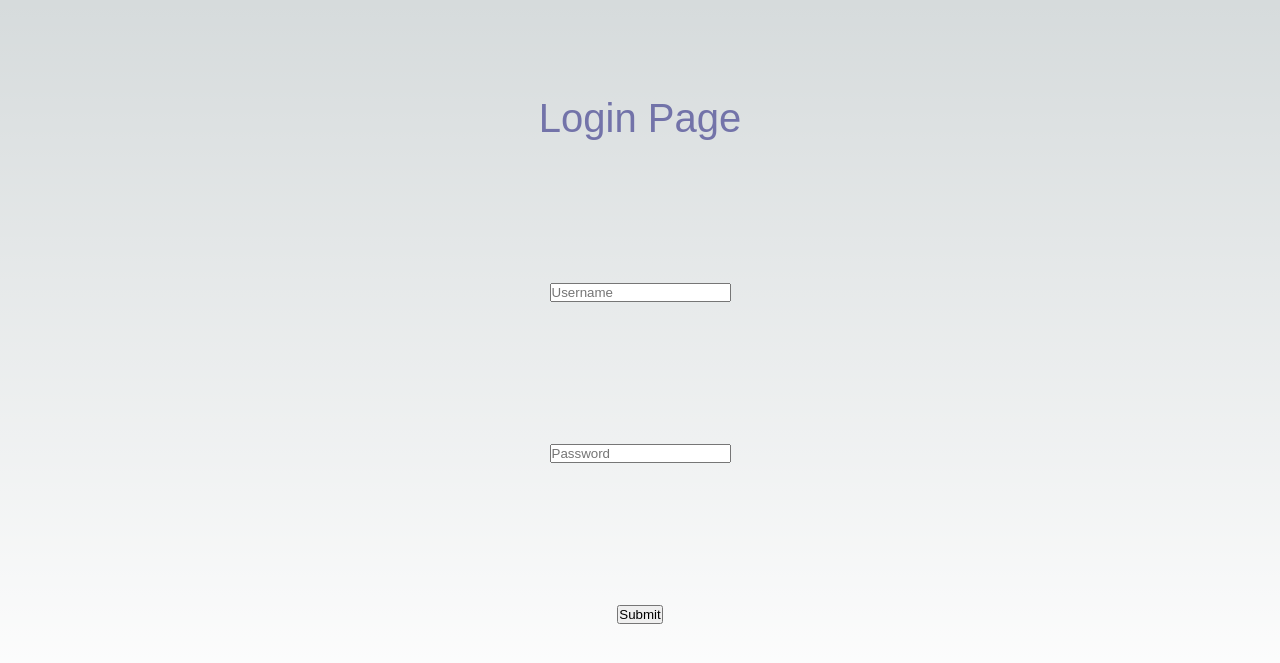
Repository: SaraShio/counter
Page: /
An editor plug-in stored every save of this project. The page is shown before and after the next save, followed by the edit.
The browser window is 1280 px wide. The pictures show the whole page.
The project was rebuilt for these pictures with package versions that can differ from the ones it lists, and the page was loaded fresh each time. The framework's server and built-in components were replaced by stand-ins that run in the browser. Also part of the build but not shown: next.config.js.

Above is the page before, as saved 2023-01-15 17:29:08.

After the next save:
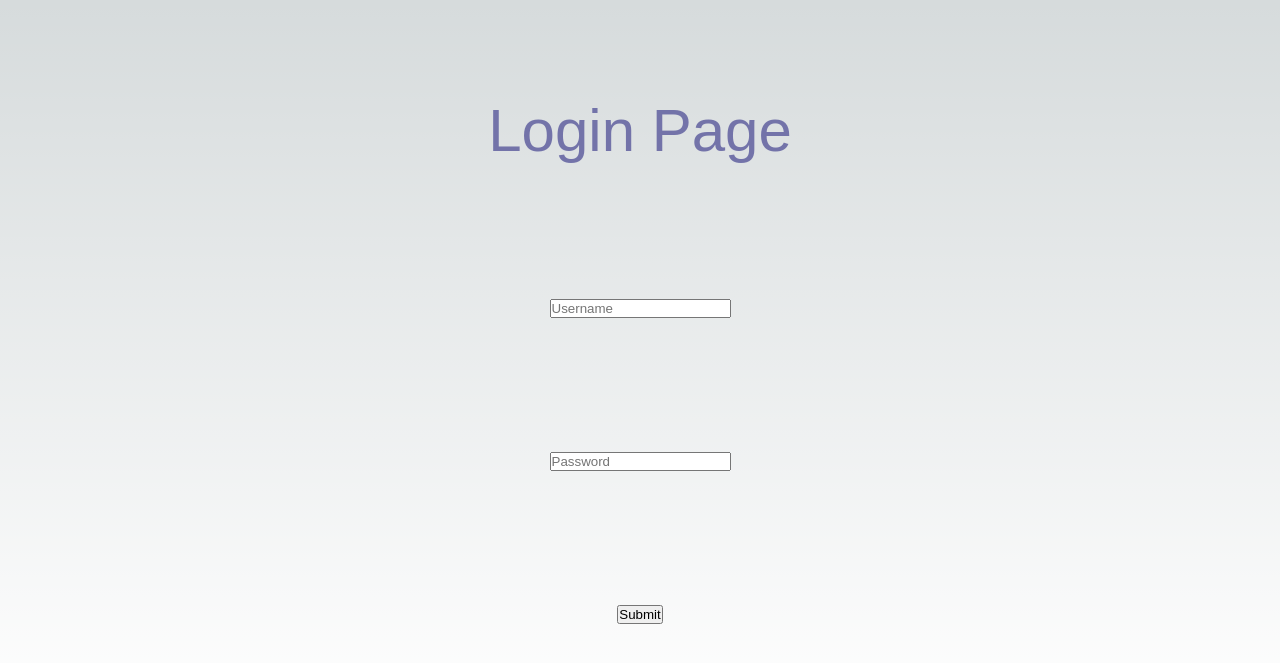
Saved 10 s later.
--- a/styles/globals.css
+++ b/styles/globals.css
@@ -10,7 +10,7 @@
   --background-end-rgb: 255, 255, 255;
 
   --medium-purple: #6565a2e3;
-  --large-main-font: 40px;
+  --large-main-font: 60px;
   --new-font: 'Raleway', sans-serif, 'Unbounded', cursive;
 
 

After the save that followed:
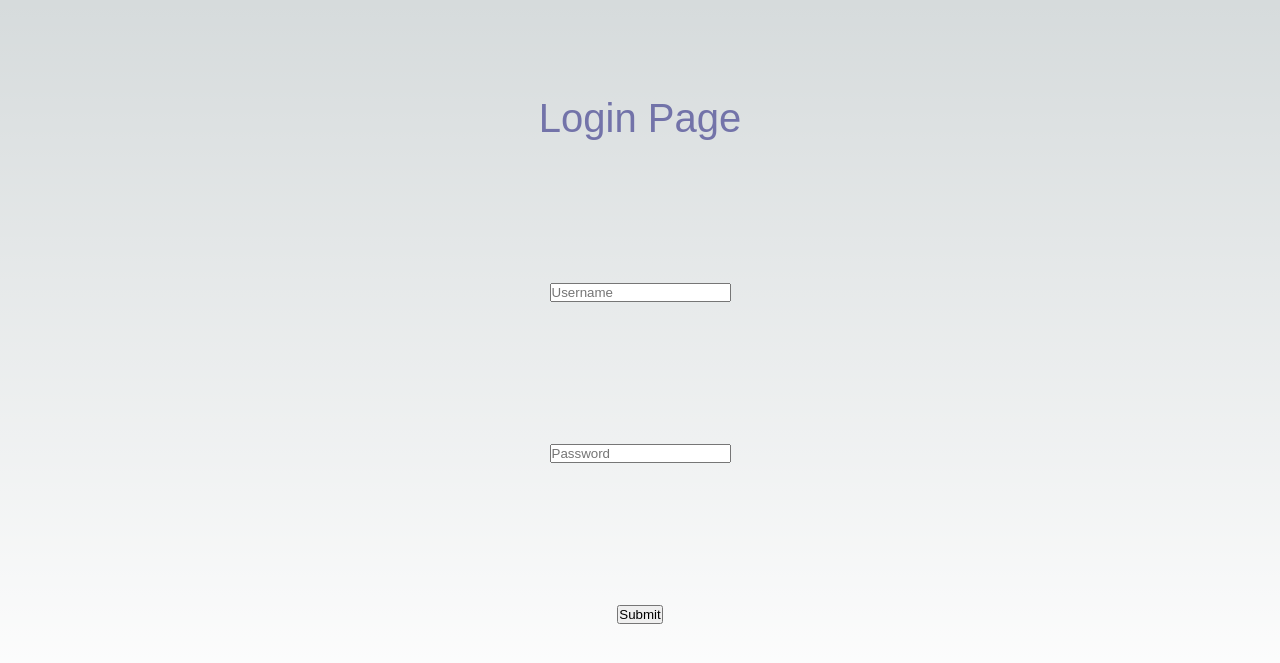
Saved 7 s later.
--- a/styles/globals.css
+++ b/styles/globals.css
@@ -10,7 +10,7 @@
   --background-end-rgb: 255, 255, 255;
 
   --medium-purple: #6565a2e3;
-  --large-main-font: 60px;
+  --large-main-font: 40px;
   --new-font: 'Raleway', sans-serif, 'Unbounded', cursive;
 
 
